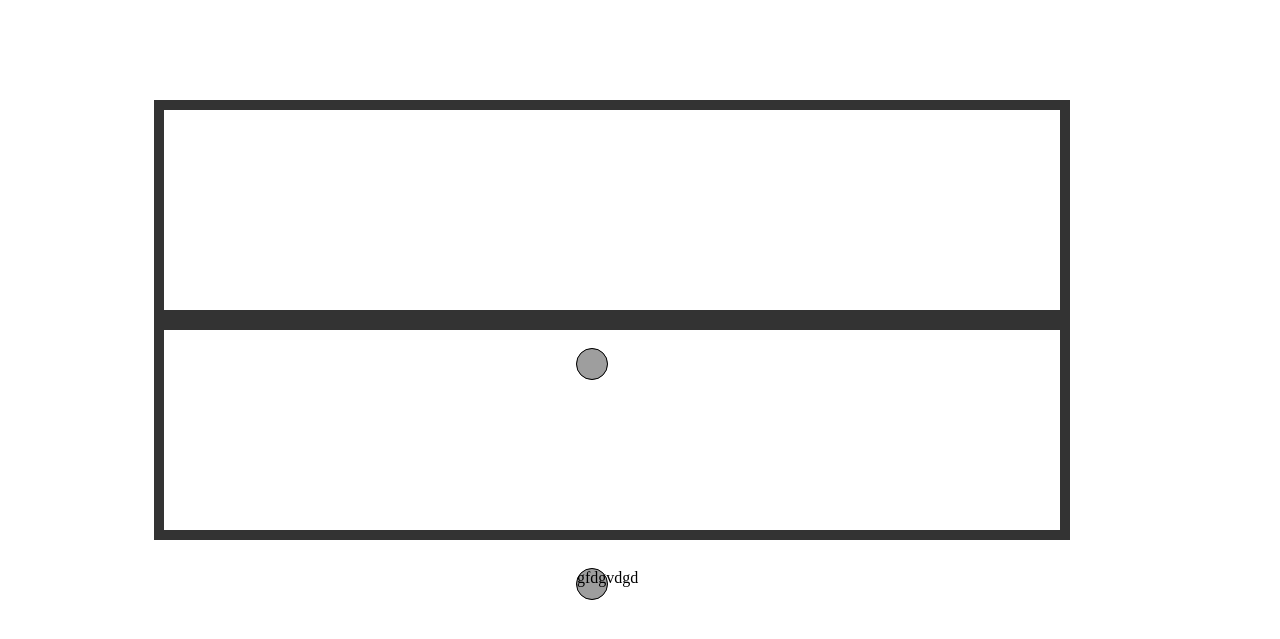
Repository: baierbao/coder
Page: TEST/muBan.html
The author's editor kept a copy of each file at every save. The page is drawn from the files as they stood at one save, then again after the next save.
The browser window is 1280 px wide. The pictures show the whole page.
Pictures or frames that could not be fetched are drawn as grey boxes.

Above is the page before, as saved 2019-05-20 09:29:22.

After the next save:
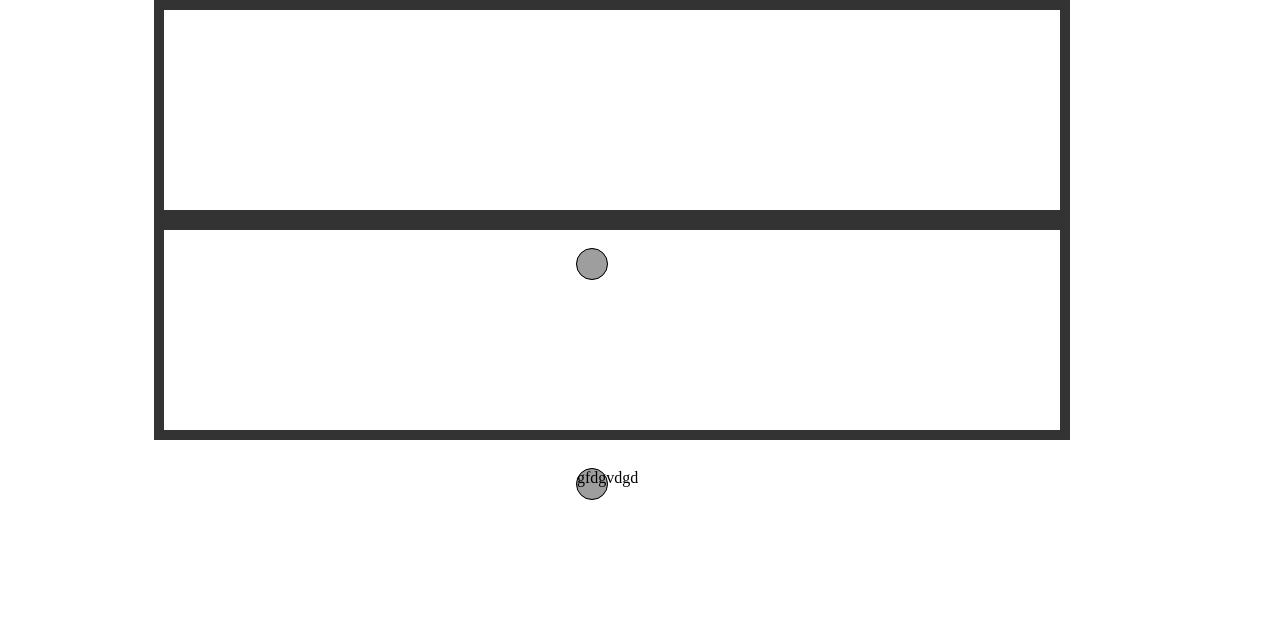
Console error: TypeError: Cannot set properties of undefined (setting 'cssText')
Saved 10 s later.
--- a/TEST/muBan.html
+++ b/TEST/muBan.html
@@ -64,7 +64,7 @@
 </body>
 <script type="text/javascript">
         // var tap = document.getElementById("div")
-         var tap=document.querySelectorAll(".div")[0]
+         var tap=document.querySelectorAll(".div")
         console.log(tap)
         tap.style.cssText="margin-top:100px"
 

After the save that followed:
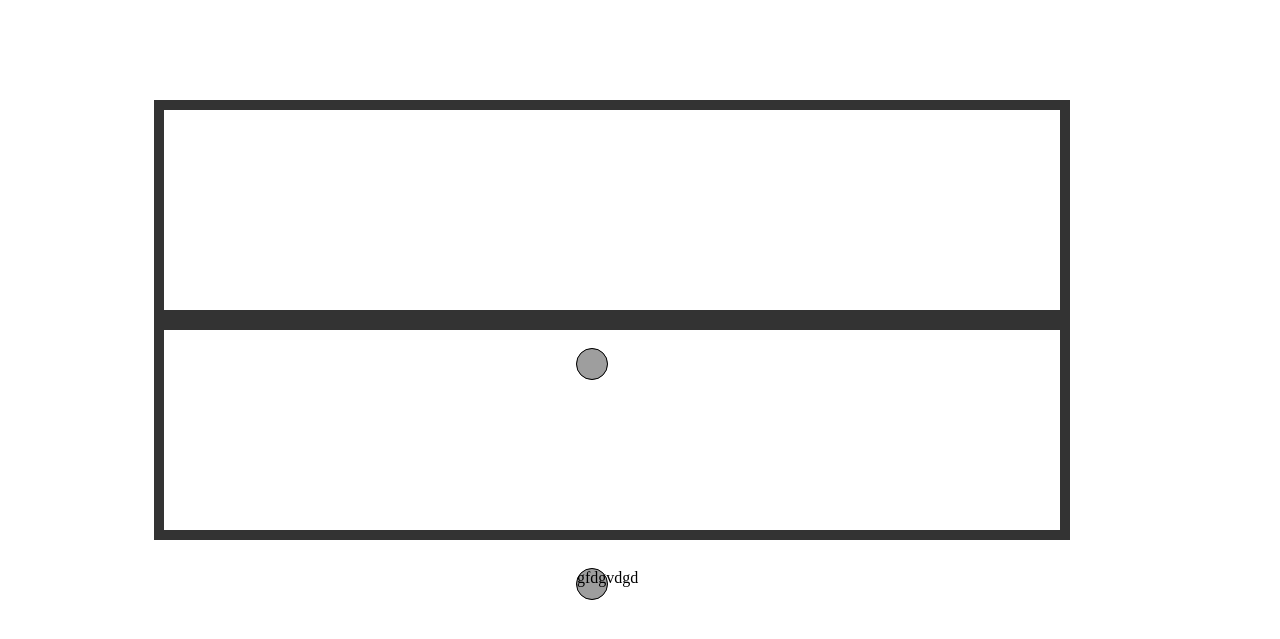
The error is gone.
Saved 75 s later.
--- a/TEST/muBan.html
+++ b/TEST/muBan.html
@@ -64,7 +64,7 @@
 </body>
 <script type="text/javascript">
         // var tap = document.getElementById("div")
-         var tap=document.querySelectorAll(".div")
+         var tap=document.querySelectorAll(".div")[0]
         console.log(tap)
         tap.style.cssText="margin-top:100px"
 
